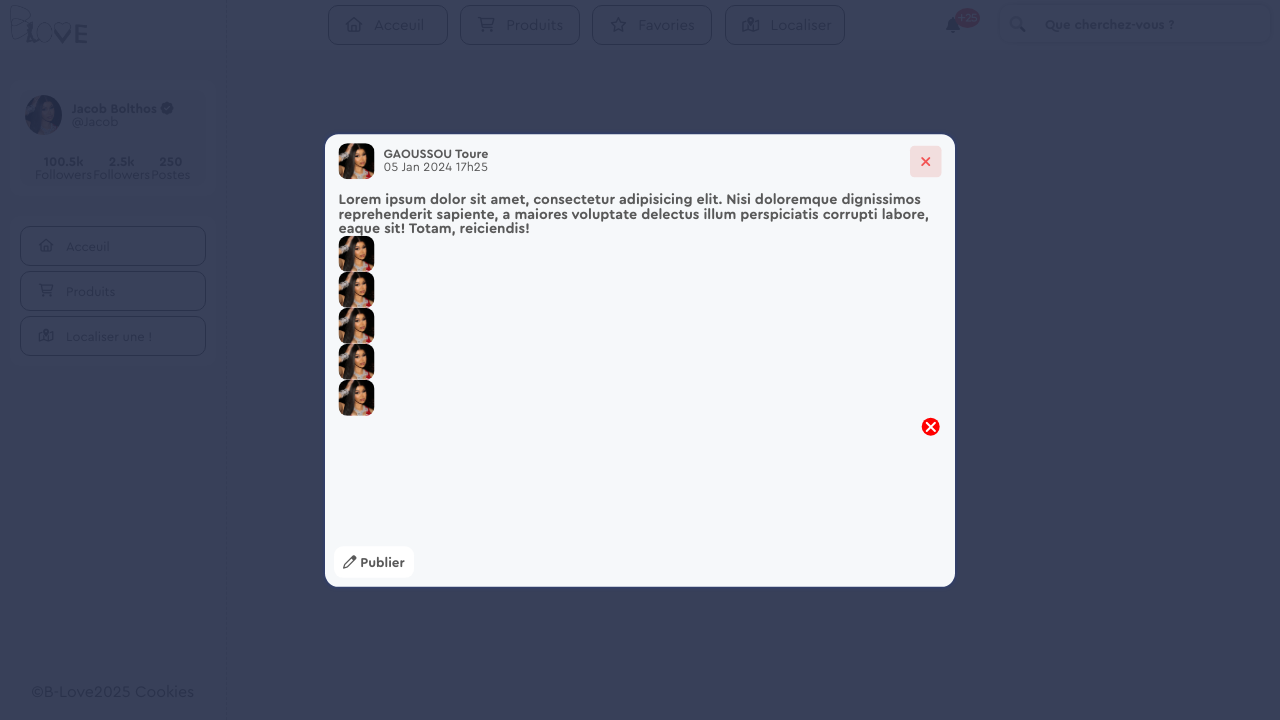
Repository: moomoony-log/b-love
Page: /home
An editor plug-in stored every save of this project. The page is shown before and after the next save, followed by the edit.
The browser window is 1280 px wide. The pictures show the whole page.
Pictures or frames that could not be fetched are drawn as grey boxes. The project was rebuilt for these pictures with package versions that can differ from the ones it lists, and the page was loaded fresh each time. Also part of the build but not shown: vite.config.ts, src/rules/legacy.tsx, src/rules/privacy.tsx, src/components/basic/notification.tsx, src/view/auth.tsx, src/view/main/acceuil.tsx, src/view/main/dashbord.tsx, src/view/main/info-account.tsx and 3 more.

Above is the page before, as saved 2025-10-15 09:09:15.

### index.html
<!--
        ?????????         ?????????        ???????????????????
        ????? ?????     ????? ?????      ??????????   ??????????
        ?????  ?????   ?????  ?????    ????????         ????????
        ?????   ????? ?????   ?????    ??????            ????????
        ?????    ?????????    ?????    ??????            ????????
        ?????      ?????      ?????    ???????          ????????
        ?????                 ?????     ?????????      ????????
        ?????                 ?????        ???????????????????
        ?????                 ?????         ????????????????

    TRAVAIL JUSQU'A CE QU'ON DISE QUE TU ES FRANC-MAÇON
    TRAVAIL JUSQU'A CE QU'ON DISE QUE TU ES FRANC-MAÇON
    TRAVAIL JUSQU'A CE QU'ON DISE QUE TU ES FRANC-MAÇON
-->
<!doctype html>
<html lang="en">
  <head>
    <meta charset="UTF-8">
    <meta name="viewport" content="width=device-width, initial-scale=1.0">
    <meta http-equiv="X-UA-Compatible" content="IE=edge">
    <!-- Inbuilt -->
    <link rel="shortcut icon" href="./img/logoloveb.png" type="image/x-icon">
    <!-- <link rel="stylesheet" href="./vendor/font-awesome-pro/css/all.css">  -->
    <!-- <link rel="stylesheet" href="./css/app.css">  -->
    <title>B!love</title>
  </head>
  <body id="index">
    <div id="main-container"></div>
    <script type="module" src="/src/main.tsx"></script>
  </body>
</html>

### src/main.tsx
import { StrictMode } from 'react'
import { createRoot } from 'react-dom/client'
import App from './app'

createRoot(document.getElementById('main-container')!).render(
  <StrictMode>
    <App />
  </StrictMode>
)

### src/app.tsx

import { createBrowserRouter, RouterProvider } from "react-router-dom";
import Legacy from "./rules/legacy";
import Privacy from "./rules/privacy";
import Main from "./view/main/main";
import Auth from "./view/auth";
import Acceuil from "./view/main/acceuil";
import Dashbord from "./view/main/dashbord";
import "../public/css/app.css"
import "../public/vendor/font-awesome-pro/css/all.css"
import InfoAccount from "./view/main/info-account";
import Account from "./view/main/account";
import BecomeToMember from "./view/main/becomeToMember";
import Product from "./view/main/product";

// import Auth from "./view/auth";

const router =  createBrowserRouter([
	{
		path:'/',
		element:<Auth/>
	},
	{
		path:'/legacy',
		element:<Legacy/>
	},
	{
		path:'/privacy',
		element:<Privacy/>
	},
	{
		path:'/home',
		element:<Main/>,
		children:[
			{
				path:'acceuil',
				element: <Acceuil/>
			},
			{
				path:'dashbord',
				element: <Dashbord/>,
			},
			{
				path: 'product',
				element: <Product/>
			},
			{
				path:'check',
				element: <div>Localisation</div>
			},
			{
				path:'client',
				element: <InfoAccount/>,
				children: [
					{
						path:'compte',
						element: <Account/>
					},
					{
						path:'devenir_membre',
						element: <BecomeToMember/>
					},

				]
			}

		]
	}
])

// --> POINT D'ENTREE DANS L'APP(INDEX --> AUTH)
function App() {
	return <RouterProvider router={router}/>
}

export default App

### src/components/basic/button.tsx
// --> BUTTON COMPONENTS

import { forwardRef } from "react"
import { NavLink, useLocation } from "react-router-dom";

interface buttonProps {
    type: 'submit' | 'button',
    name?: string,
    icon?:string,
    color?: string,
    outline?: string,
    small?: 'small' | 'small-1' | 'small-2' | 'small-3',
    navigate?: string,
    children: boolean,
    border?: boolean,
    to: string | false,
    inner?:string,
    disable?:boolean,
    onclick?: () => unknown
}

const Button = forwardRef<HTMLButtonElement, buttonProps>(
  ({ name, icon, color, outline, small, navigate, inner, disable, children,border, to, onclick }, ref) => {
    const location = useLocation()
    return (
      <button
        ref={ref}
        type="button"
        className="ui-btn"
        name={name}
        color={color}
        {...(outline ? { "data-outline": "" } : {})}
        {...(disable ? { disabled: true } : {})}
        {...(navigate ? { "data-navigate": "" } : {})}
        {...(inner ? { "data-inner": "" } : {})}
        {...(small ? { "data-size" : small} : {})}
        {...(border ? { "data-border": "" } : {})}
        {...(to && location.pathname === to ? { "data-active": "" } : {})}
        onClick={onclick}
      >
        { (!children && !to ) && name } { icon && (!children && !to ) && <i className={icon}></i> }

        { (children && to) && <NavLink to={to}>  <i className={icon}></i>  {name} </NavLink> }

      </button>
    );
  }
);

export default Button

### src/components/basic/modals/pubItem.tsx
// --> Item Publication Modal

const ItemPub = () => {
    return(
        <>
        <div className="modal" data-name="pub-item" data-show>
                <div className="box">
                    <div className="modal-head">
                        <div className="title">
                            <div className="cont-account-img" data-name="pub-item"><img src="../img/cardi_b.webp"/></div>
                            <div className="identity">
                                <span>GAOUSSOU Toure</span>
                                <span>05 Jan 2024 17h25</span>
                            </div>
                         </div>
                        <span className="exit"><i className="fa-solid fa-xmark"></i></span>
                    </div>
                    <div className="body">
                        <span className="about-pub">
                            Lorem ipsum dolor sit amet, consectetur adipisicing elit. Nisi doloremque dignissimos reprehenderit sapiente, a maiores voluptate delectus illum perspiciatis corrupti labore, eaque sit! Totam, reiciendis!
                        </span>
                        <div className="medias-cont">
                            <div className="cont-account-img" data-name="pub-item"><img src="../img/cardi_b.webp"/></div>
                            <div className="cont-account-img" data-name="pub-item"><img src="../img/cardi_b.webp"/></div>
                            <div className="cont-account-img" data-name="pub-item"><img src="../img/cardi_b.webp"/></div>
                            <div className="cont-account-img" data-name="pub-item"><img src="../img/cardi_b.webp"/></div>
                            <div className="cont-account-img" data-name="pub-item"><img src="../img/cardi_b.webp"/></div>
                            <div className="cont-account-img" data-name="publication"><video src="../videos/Standard_Mode_Le_b_b__sirote_son_champagne_en_.mp4" ></video></div>

                        </div>


                    </div>
                    <div className="controler">
                        <button type="button" className="ui-btn" name=""  data-size="large"  color=""> <i className="fa-regular fa-pen"></i> Publier</button>
                    </div>
                </div>
            </div>
        </>
    )
}

export default ItemPub

### public/css/config/config.css
/* Style global de configuration */

/* Police d'ecriture */
/* Cera */
@font-face{
    font-family: 'Cera';
    src: url('../../font/cera-round-pro/CeraRoundPro-Bold.otf');
    font-weight: bold;
}
@font-face {
    font-family: 'Cera';
    src: url('../../font/cera-round-pro/CeraRoundPro-Regular.otf');
    font-weight: normal;
}

/* body{
    display: flex !important;
    padding: 5px;
    height: 100%;
    width: 100%;
    position: absolute;
    top: 0;
    left: 0;
    overflow: hidden;
} */
body *{
    box-sizing: border-box;
    font-family: 'Cera', sans-serif;
    font-weight: bold;
}

button:focus, input:focus, textarea:focus, select:focus {
    outline: none;
}

button {
    cursor: pointer;
    border: none;
}

h1, h2, h3, h4, h5, p {
    color: inherit;
    margin: 0;
    padding: 0;
    text-decoration: inherit;
}

img{
    height: inherit;
    max-width: 100%;
}

### public/css/component/components.css
 /* Imporation des dependances */
 @import url('input.css');
 @import url('button.css');
 @import url('img.css');
 @import url('notification.css');
 @import url('loader.css');
 @import url('table.css');
 @import url('./modals/modal.css');

 @keyframes text{
    0%{
        transform: translateX(100%);
    }
    100%{
        transform: translateX(-100%);
    }
 }

### public/css/views.css
/* --> Css relative à toutes les vues communes  */
@import url('views/auth.css');
@import url('views/legacy.css');
@import url('views/privacy.css');

### public/css/animation.css
@keyframes reotateInner {
    from {
       transform: rotate(0);
    }
    to{
       transform: rotate(180deg);
    }
 }
 @keyframes Online {
    0%, 100% {
       transform: scale(1.5);
       opacity: 1;

    }
    50% {
       transform: scale(0.5);
       /* opacity: 0.5; */
    }
 }
  @keyframes Online2 {
    0%, 100% {
       opacity: 1;

    }
    50% {
       opacity: 0.5;
    }
 }
 @keyframes spin {
   0%{
      transform: rotate(0deg);
   }
   100%{
      transform: rotate(360deg);
   }

 }
  @keyframes opa {
   0%{
      opacity: .4;
   }
   100%{
      opacity: 1;
   }

 }

### public/css/utils/utils.css
@import url('variable.css');
@import url('helper.css');

### public/css/utils/variable.css
/* Variables */
:root{
    --color-white: #ffffff;
    --color-gray-soft: #F6F8FA;
    --color-gray-medium: #b0b0b0;
    --color-gray-hard: #595959;
    --color-gray-hard-1: #7f7f7f;
    /* --color-gray-hard-3: #d4d2d246; */
    --color-gray-hard-3: #f2f2f2e7;
    --color-gray-hard-5: #f2f2f2;
    --color-gray-hard-4: #5959592f;
    --color-blue-lite: #dbf5ff;
    --color-blue-soft: #00B0F0;
    --color-blue-soft-2: #9ab9dc;
    --color-blue-hard: #2A6EBB;
    --color-green-lite: #aefecf;
    --color-green-lite-2: #80d6a4;
    --color-green-hard: #41cf7c;
    --color-red-lite: #ffcdcd;
    --color-red-soft: #f58e8e;
    --color-red-hard: #f25353;
    --shadow-one: 0 0 5px #eee;
    --shadow-two: 0 0 5px #84b1c3;
    --shadow-3: 0 0 4px #bababa;
    --bezier-1: cubic-bezier(0.68, -0.55, 0.27, 1.55);
}

### public/css/utils/helper.css
/* cool-scroll-bar */
.cool-scroll-bar::-webkit-scrollbar{
    width: 3px;
    height: 3px;
    border-radius: 50px !important;
    background-color: var(--color-gray-soft);
    box-shadow: 0 0 5px var(--color-gray-soft);
}
.cool-scroll-bar::-webkit-scrollbar-thumb{
    background-color: var(--color-gray-medium);
    border-radius: 50px !important;
}

### public/css/views/legacy.css
.legacy {
    z-index: 10;
    height: 100%;
    padding: 20px;
    overflow: auto;
}
.legacy p{
    font-size: 40px;
}

### public/css/views/privacy.css
.privacy {
    z-index: 10;
    height: 100%;
    padding: 20px;
    overflow: auto;
}
.privacy p{
    font-size: 40px;
}

### public/css/component/notification.css
/* CSS DES GRILLES DE NOTIFICATIONS */
#notification{
    position: absolute;
    right: 0;
    z-index: 900;
    width: 350px;
    bottom: 0;
    padding: 5px;
    display: flex;
    justify-content: flex-end;
    align-items: center;
    flex-direction: column;
    gap: 10px;
}

#notification .notif-item{
    width: 320px;
    max-height: 60px;
    box-sizing: border-box;
    background-color: var(--color-white);
    display: none;
    align-items: center;
    overflow: hidden;
    gap: 5px;
    padding: 10px;
    border-radius: 10px;
    opacity: 0;
    transform: scale(0);
    box-shadow: 0 0 7px -2px var(--color-gray-hard-1);
    transition: transform .3s cubic-bezier(0.68, -0.55, 0.27, 1.55), opacity .2s ease-in-out, max-height .3s ease-in-out;
}
#notification .notif-item .notif-text-content{
    margin-right: auto;
}

#notification .notif-item[data-show]{
    opacity: 1;
    transform: scale(1);
    display: flex;
}

#notification .notif-item .icon{
    height: 35px;
    width: 35px;
    line-height: 35px;
    text-align: center;
    font-size: 15px;
    border-radius: 50%;
    position: relative;
    z-index: 2;
    color: var(--color-white);
}

#notification .notif-item .icon::before{
    position: absolute;
    text-align: center;
    left: 0;
    font-size: 35px;
    content: '\f335';
    font-family: 'Font Awesome 6 Pro';
    z-index: -1;
}

#notification .notif-item .exit{
    text-align: center;
    margin-left: 5px;
    border-radius: 50%;
    cursor: pointer;
    color: #cccccc;
}

#notification .notif-item[data-name="exit"] {
    border-left: 5px solid var(--color-red-soft);
}
#notification .notif-item[data-name="exit"] .exit{
    color: var(--color-red-soft);
}
#notification .notif-item[data-name="good"] .exit{
    color: var(--color-green-lite-2);
}
#notification .notif-item[data-name="exit"]:hover{
    box-shadow: 0 0 7px -2px var(--color-red-hard);
}
#notification .notif-item[data-name="good"]:hover{
    box-shadow: 0 0 7px -2px var(--color-green-hard);
}
#notification .notif-item[data-name="await"]:hover{
    box-shadow: 0 0 7px -2px var(--color-gray-hard);
}
.notif-item[data-name="exit"] .icon::before{
    color: var(--color-red-soft);
}
#notification .notif-item[data-name="await"]{
    border-left: 5px solid #cccccc;
}
.notif-item[data-name="good"] .icon::before{
    color: var(--color-green-lite-2);
}
.notif-item[data-name="await"] .icon::before{
    color: #cccccc;
}
#notification .notif-item[data-name="good"]{
    border-left: 5px solid var(--color-green-lite-2);
}
#notification .notif-item .title{
    text-wrap: nowrap;
    color: var(--color-gray-hard-1);
    font-size: 13px;
}
#notification .notif-item .text{
    font-size: 12px;
    display: flex;
    overflow: hidden;
    max-width: 240px;
    text-overflow: ellipsis;
    font-weight: lighter;
}

/* RESPONSIVE STATE */
@media (max-width: 344px) {
    #notification{
        width: 300px;
    }
    #notification .notif-item{
        width: 290px;
        max-height: 80px;
    }
    #notification .notif-item .icon::before{
        left: -2px;
    }
}

### public/css/component/loader.css

/* CSS DU COMPOSANT DE CHRAGEMENT */
#loader{
    position: absolute;
    display: flex;
    flex-direction: column;
    width: 100%;
    gap: 10px;
    height: 100%;background-color: rgba(255, 255, 255, 0.744);
    justify-content: center;
    align-items: center;
    z-index: 1000;
}

#loader .spinner{
    height: 60px;
    width: 60px;
    display: flex;
    justify-content: center;
    align-items: center;
    position: relative;
    animation: spin 2s linear infinite;
}
#loader .spinner::before{
    content: '';
    height: 100%;
    width: 100%;
    position: absolute;
    border-radius: 50%;
    border: solid 4px var(--color-gray-hard-3);
}
#loader .spinner::after{
    content: '';
    height: 100%;
    width: 100%;
    position: absolute;
    border-radius: 50%;
    border: solid 4px transparent;
    border-left-color:var(--color-gray-hard-1);
    animation: spin 0.8s linear infinite, opa 0.8s ease-in-out infinite alternate-reverse;
}
#loader img{
    width: 95px;
    height: 50px;
}
#loader i{
    font-size: 20px;
}
#loader .i{
   background-color: var(--color-gray-hard-);
   padding: 7px;
   display: flex;
   align-items: center;
   justify-content: center;
   border-radius: 5px;
}

### public/css/component/table.css
.infos-personnels[data-name="statut"] .availability table{
    border-collapse: collapse;
    width: 100%;
    background-color: var(--color-white);
    text-align: center;
    font-size: 13px;
}
.availability table th,
.availability table td{
    height: 40px;
    padding: 3px;
}
.availability table td:last-child{
    text-align: right;
}
.availability table tbody tr:hover{
    background-color: var(--color-gray-hard-3);
}

.cont-my-post table{
    width: 100%;
    border-spacing: 0 5px;
    background-color: var(--color-white);
    text-align: center;
    padding: 5px;
    border-radius: 5px;
}
.cont-my-post table tbody td:last-child button{
    background-color: white;
    margin-left: 5px;
}
.cont-my-post table tbody tr:hover td{
    background-color: var(--color-white);
}
.cont-my-post table tbody tr:hover td:last-child button{
    background-color: var(--color-gray-hard-3);
}

.cont-my-post table tbody td{
    padding: 5px;
    background-color: var(--color-gray-hard-3);
    font-weight: lighter;
    margin: 10px;
}
.cont-my-post table tbody td:last-child{
    text-align: right;
}


@media (max-width: 855px) {
    .cont-my-post table{
        font-size: 12px;
    }
    .cont-my-post table tbody td:last-child{
        display: flex;
        flex-direction: column;
        margin: 0;
        gap: 5px;
    }
}

@media (max-width: 355px) {
    .cont-my-post table tbody td:last-child{
        font-size: 11px;
    }
}

### public/css/component/modals/modal.css
/* @import url('./modals/registration.css'); */
@import url('./publication.css');
@import url('./pubItem.css');
@import url('./confirm.css');

#modals .modal{
    position: fixed;
    display: none;
    align-items: center;
    left: 0;
    top: 0;
    justify-content: center;
    height: 100%;
    width: 100%;
    background-color: #262f4ae8;
    z-index: 1000;
    transition: opacity .6s ease-in-out;
    animation: show-modal .5s ease-in-out;
 }
.modal .box{
    background-color:var(--color-gray-soft);
    min-width: 300px;
    max-width: 1300px;
    min-height: 270px;
    box-shadow: 0 0 5px 0px #263b80;
    padding: 10px;
    border-radius: 15px;
    opacity: 1;
    transform: scale(.9);
    flex-direction: column;
    gap: 10px;
    animation: show-box .6s ease-in-out forwards;
}

.modal:active .box{
    animation: show-box .6s ease-in-out forwards, show-cont .1s ease-in-out;
}
 /* Animation > Affichage > Masquage */
.modal[data-show]{
   display: flex !important;
}
.modal[data-show] .box{
   display: flex !important;
}
.modal[hide]{
   opacity: 0;
}
.modal[hide] .box{
    animation: hide-box .5s ease-in-out forwards;
}
.modal .box .modal-head{
   height: 40px;
   display: flex;
   padding: 0 5px;
   justify-content: space-between;
   align-items: center;
}
.box .modal-head .title i{
   height: 25px;
   width: 25px;
   line-height: 25px;
   text-align: center;
   border-radius: 5px;
   color: var(--color-white);
   background-color: var(--color-gray-hard-1);
}
.box .modal-head .exit i{
   color: var(--color-red-hard);
   cursor: pointer;
   height: 35px;
   width: 35px;
   line-height: 35px;
   text-align: center;
   background-color: rgb(242, 222, 222);
   border-radius: 5px;
}
.modal .box .body{
   min-height: 200px;
   border-radius: 10px;
   padding: 5px;
}
.modal .box .controler{
   width: 100%;
   display: flex;
   gap: 30px;
 }

### public/css/component/modals/pubItem.css

.modal[data-name="pub-item"] .box{
    max-width: 700px;
}
.modal[data-name="pub-item"] .title{
    display: flex;
    gap: 10px;
    align-items: center;
}
.modal[data-name="pub-item"] .title .identity{
    display: flex;
    flex-direction: column;
}
.modal[data-name="pub-item"] .title .identity span{
    font-size: 14px;
}
.modal[data-name="pub-item"] .title .identity span:last-child{
    font-weight: lighter;
}

### public/css/component/modals/confirm.css
.modal[data-name="confirm"] .box .body{
   display: flex;
   background-color: var(--color-white);
   display: flex;
   flex-direction: column;
   justify-content: center;
   align-items: center;
   position: relative;
}
.modal[data-name="confirm"] .box .body::after{
    content: '';
    height: 100%;
    width: 100%;
    border-radius: 10px;
    position: absolute;
    animation: Online2 1s ease-in-out infinite;
}
.modal[data-name="confirm"] .box .body .icon{
    height: 75px;
    width: 75px;
    font-size: 50px;
    line-height: 75px;
    text-align: center;
    border-radius: 10px;
    margin-bottom: 5px;
}
.modal[data-name="confirm"] .box .body .title{
    font-size: 20px;
    margin-bottom: 20px;
}
.modal[data-name="confirm"] .box .body .confirm-text{
    font-weight: lighter;
}

.modal[data-name="confirm"] .box .body[type="exit"]::after{
    background-color: rgba(255, 17, 17, 0.066);
}
.modal[data-name="confirm"] .box .body[type="exit"] .icon{
    box-shadow: 0 0 7px -4px var(--color-red-hard);
    background-color: var(--color-red-lite);
    color: var(--color-red-soft);
}
.modal[data-name="confirm"] .box .body[type="exit"] .title{
    color: var(--color-red-soft);
}

.modal[data-name="confirm"] .box .body[type="good"]::after{
    background-color: rgba(17, 184, 255, 0.077);
}
.modal[data-name="confirm"] .box .body[type="good"] .icon{
    box-shadow: 0 0 7px -4px var(--color-blue-hard);
    background-color: var(--color-blue-lite);
    color: var(--color-blue-soft);
}
.modal[data-name="confirm"] .box .body[type="good"] .title{
    color: var(--color-blue-soft);
}

### src/utils/utils.ts
class Utils {

    static emailValidation(email: string) : boolean {
        const emailRegex :RegExp = /^[^\s@]+@[^\s@]+\.[^\s@]+$/
        return emailRegex.test(email)
    }

    static inputValue(value: string, minLenght: number) : boolean {
        const inputRegex :RegExp = /^[A-Za-zÀ-ÖØ-öø-ÿ\s]+$/

        if (value.length > minLenght && inputRegex.test(value)) return inputRegex.test(value)
        else return false
    }

    static passwordValidation = (value: string):boolean => {
        const passwordRegex: RegExp = /^(?=.*?[A-Z])(?=.*?[a-z])(?=.*?[0-9])(?=.*?[#?!@$%^&*-]).{8,}$/g
        if (passwordRegex.test(value)) return true
        else return false
    }

    static otpValidation = (value: string):boolean => {
        const otpRegex : RegExp = /^[0-9]+$/gm
        if(otpRegex.test(value) && value.length === 1) return true
        else return false
    }

}

export default Utils

Loaded but not shown: public/vendor/font-awesome-pro/css/all.css (library); public/css/app.css (2376 lines, source omitted); src/view/main/main.tsx (184 lines, source omitted); src/components/basic/input.tsx (178 lines, source omitted); public/css/views/auth.css (265 lines, source omitted); public/css/component/input.css (227 lines, source omitted); public/css/component/button.css (209 lines, source omitted); public/css/component/modals/publication.css (141 lines, source omitted); public/css/component/img.css (164 lines, source omitted)

After the next save:
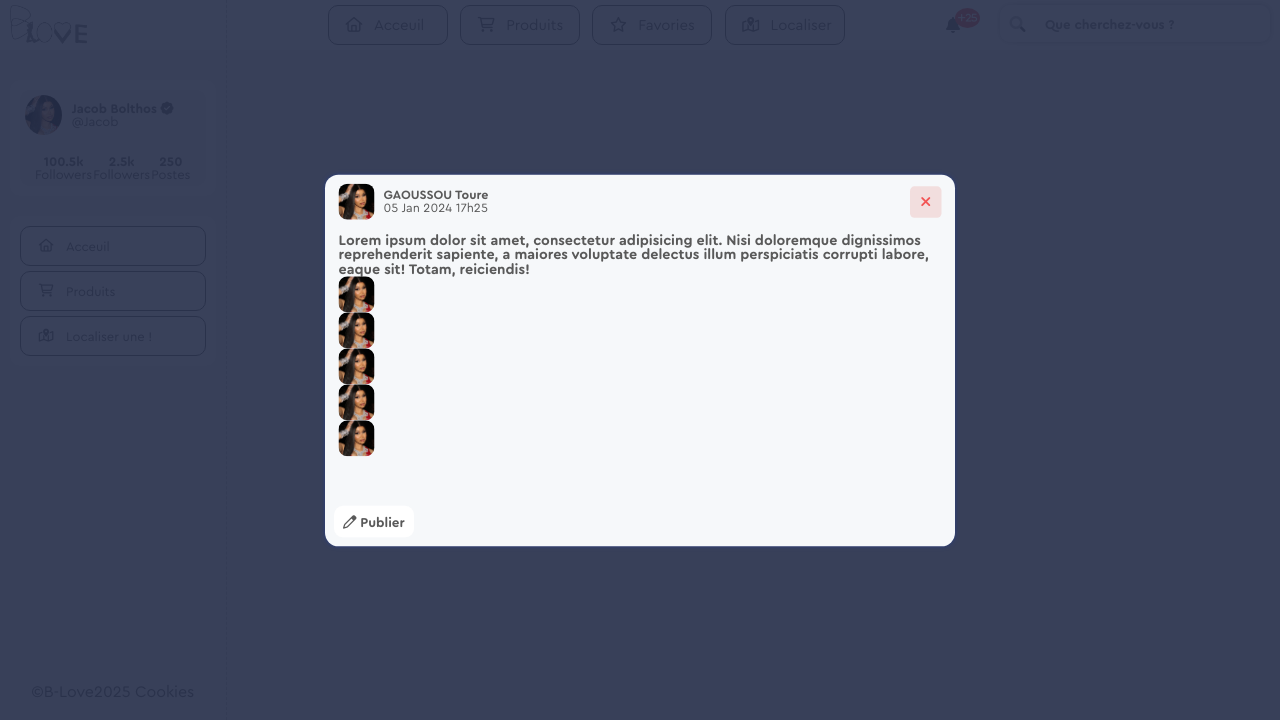
Saved 21 s later.
--- a/src/components/basic/modals/pubItem.tsx
+++ b/src/components/basic/modals/pubItem.tsx
@@ -25,8 +25,7 @@ const ItemPub = () => {
                             <div className="cont-account-img" data-name="pub-item"><img src="../img/cardi_b.webp"/></div>
                             <div className="cont-account-img" data-name="pub-item"><img src="../img/cardi_b.webp"/></div>
                             <div className="cont-account-img" data-name="pub-item"><img src="../img/cardi_b.webp"/></div>
-                            <div className="cont-account-img" data-name="publication"><video src="../videos/Standard_Mode_Le_b_b__sirote_son_champagne_en_.mp4" ></video></div>
-
+                            <div className="cont-account-img" data-name="pub-item"><video src="../videos/Standard_Mode_Le_b_b__sirote_son_champagne_en_.mp4" ></video></div>
                         </div>
 
 
